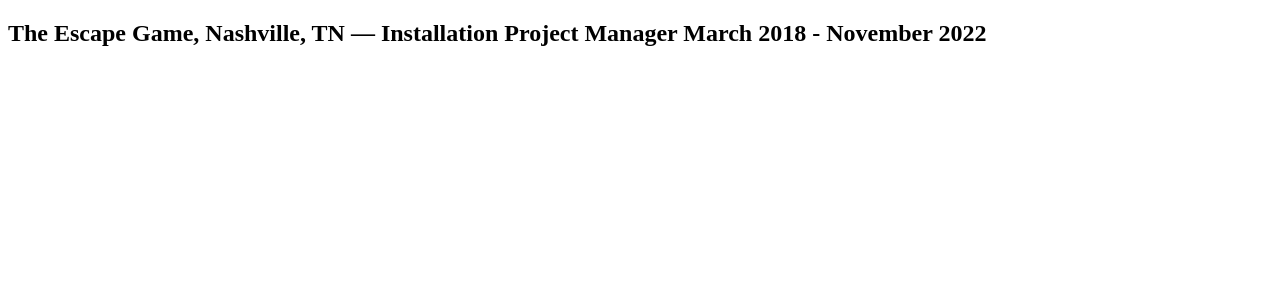
Repository: jgramirez0210/LAB-HTML-Resume
Page: index.html
The author's editor kept a copy of each file at every save. The page is drawn from the files as they stood at one save, then again after a run of saves.
The browser window is 1280 px wide. The pictures show the whole page.

Above is the page before, as saved 2023-10-09 21:22:18.

After the next 3 saves:
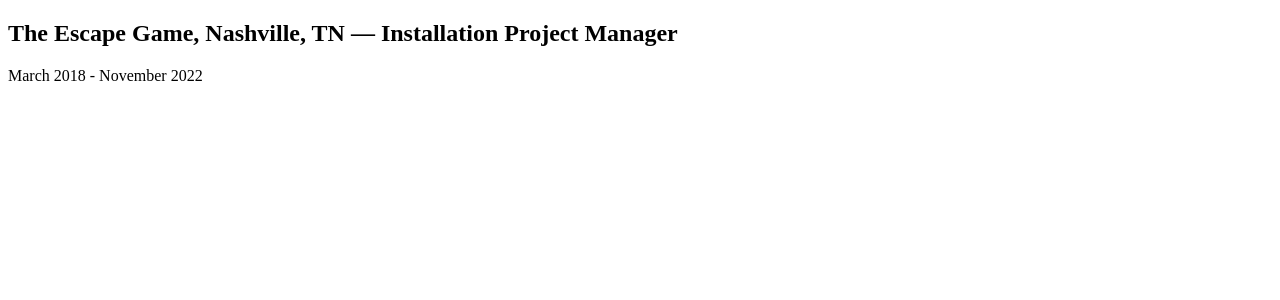
The 3 saves are shown as one change because they came seconds apart.
The last was saved 31 s later.
--- a/index.html
+++ b/index.html
@@ -7,9 +7,8 @@
 </head>
 <body>
   <article>
-    <h2>The Escape Game, Nashville, TN — Installation Project Manager
-      <time datetime="2018-03" >March 2018</time> - <time datetime="2022-10" >November 2022</time></time>
-      </h2>
+    <h2>The Escape Game, Nashville, TN — Installation Project Manager </h2>
+    <time datetime="2018-03" >March 2018</time> - <time datetime="2022-10" >November 2022</time></time>
   </article>
 </body>
 </html>
